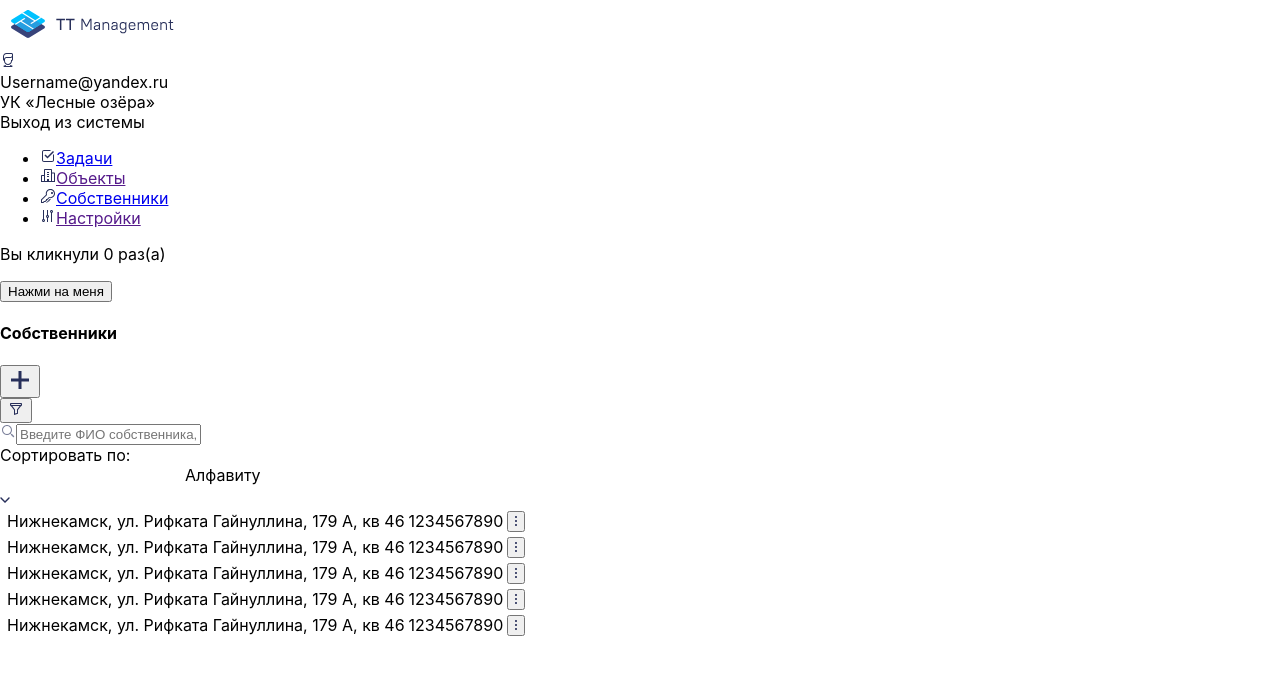
Repository: TryBr/tt-management
Page: /owners
These files come from the project's save history. The page is drawn as it stood at one moment and after a run of saves; the edit follows.
The browser window is 1280 px wide. The pictures show the whole page.
The project was rebuilt for these pictures with package versions that can differ from the ones it lists, and the page was loaded fresh each time. Also part of the build but not shown: src/App.css, src/TaskDetail.js.

Above is the page before, as saved 2020-07-20 02:52:25.

After the next 2 saves:
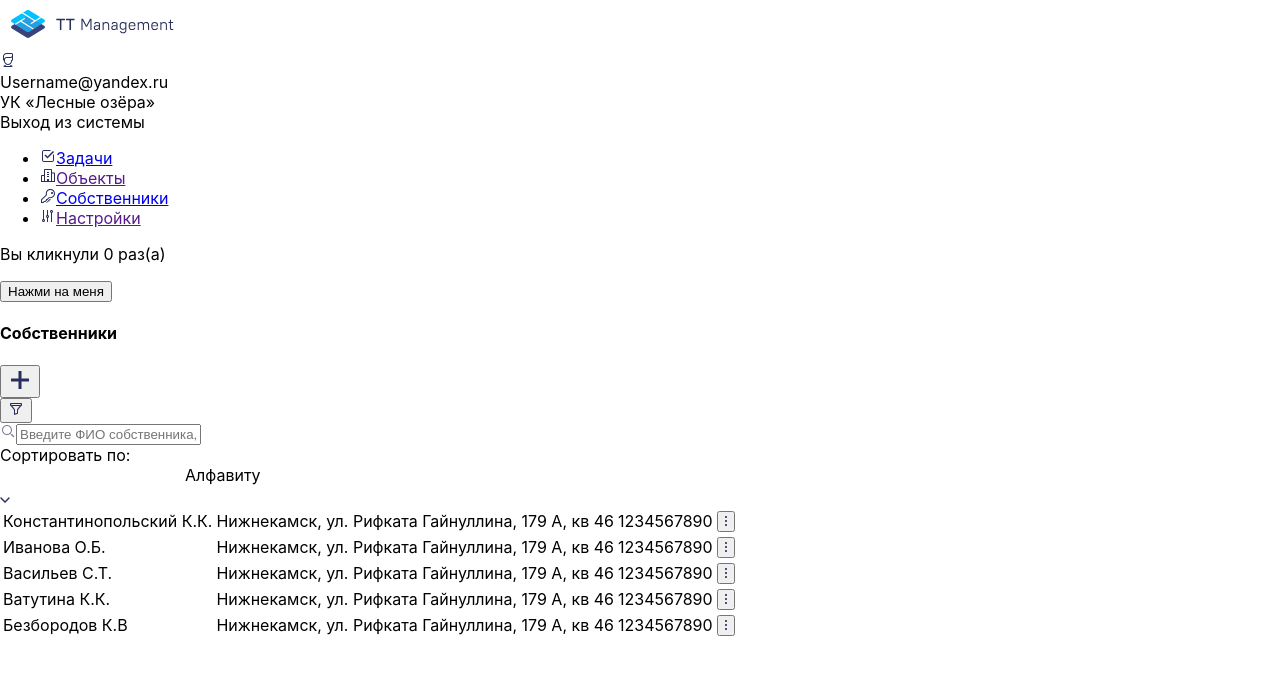
The 2 saves are shown as one change because 1 did not build or start.
The last was saved 57 s later.
--- a/src/Owners.js
+++ b/src/Owners.js
@@ -124,7 +124,6 @@ const columns = [
     title: "fio",
     dataIndex: "fio",
     className: "fio-cell",
-    render: () => <span></span>,
   },
   {
     title: "address",
